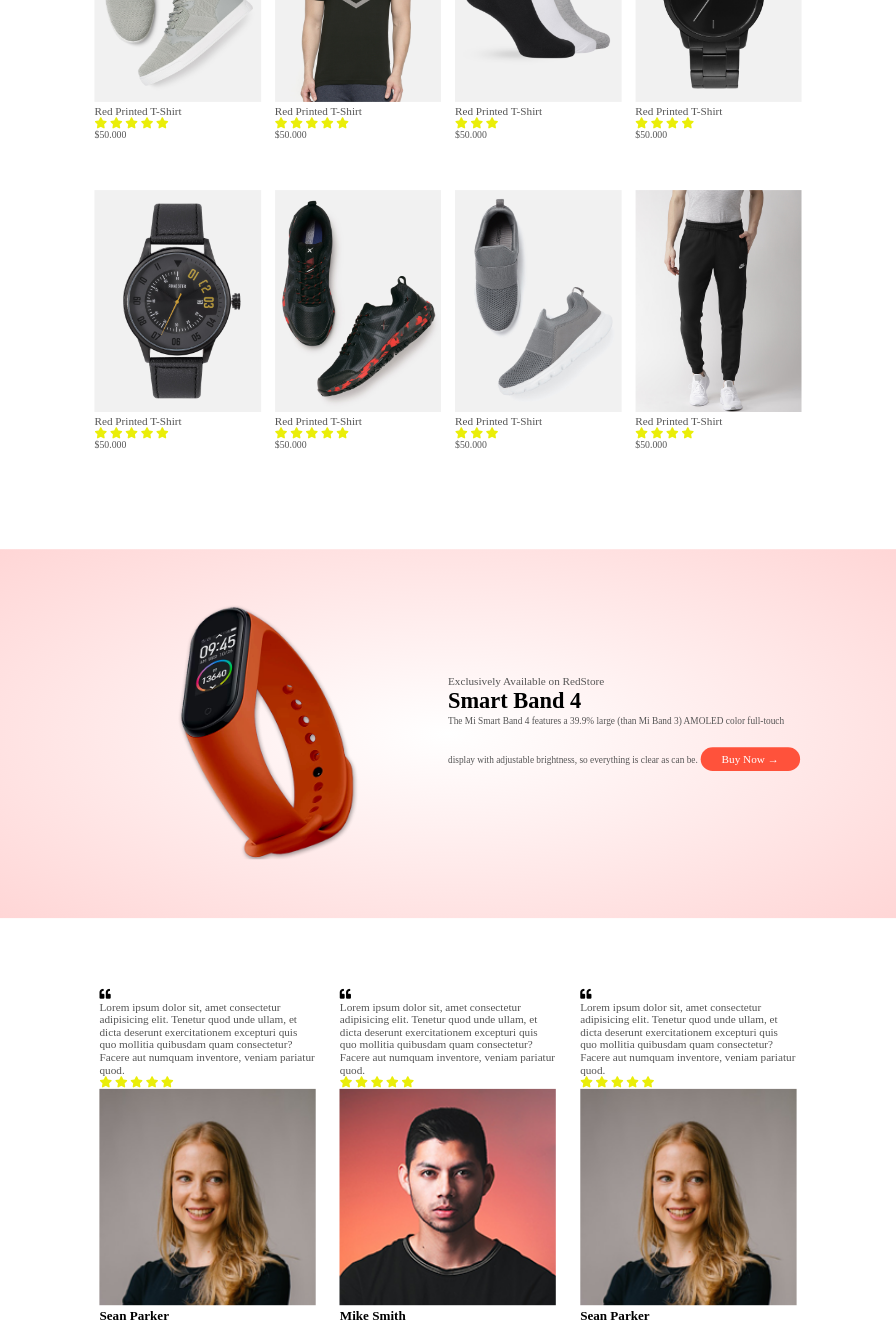
Repository: tuan21052000/Frontend
Page: index.html
An editor plug-in stored every save of this project. The page is shown before and after the next save, followed by the edit.
The browser window is 1280 px wide. The pictures show the part of the page from y = 2202 to 4122 px (the page is 4122 px tall), at 70% of full size.

Above is the page before, as saved 2022-05-08 20:48:18.

After the next save:
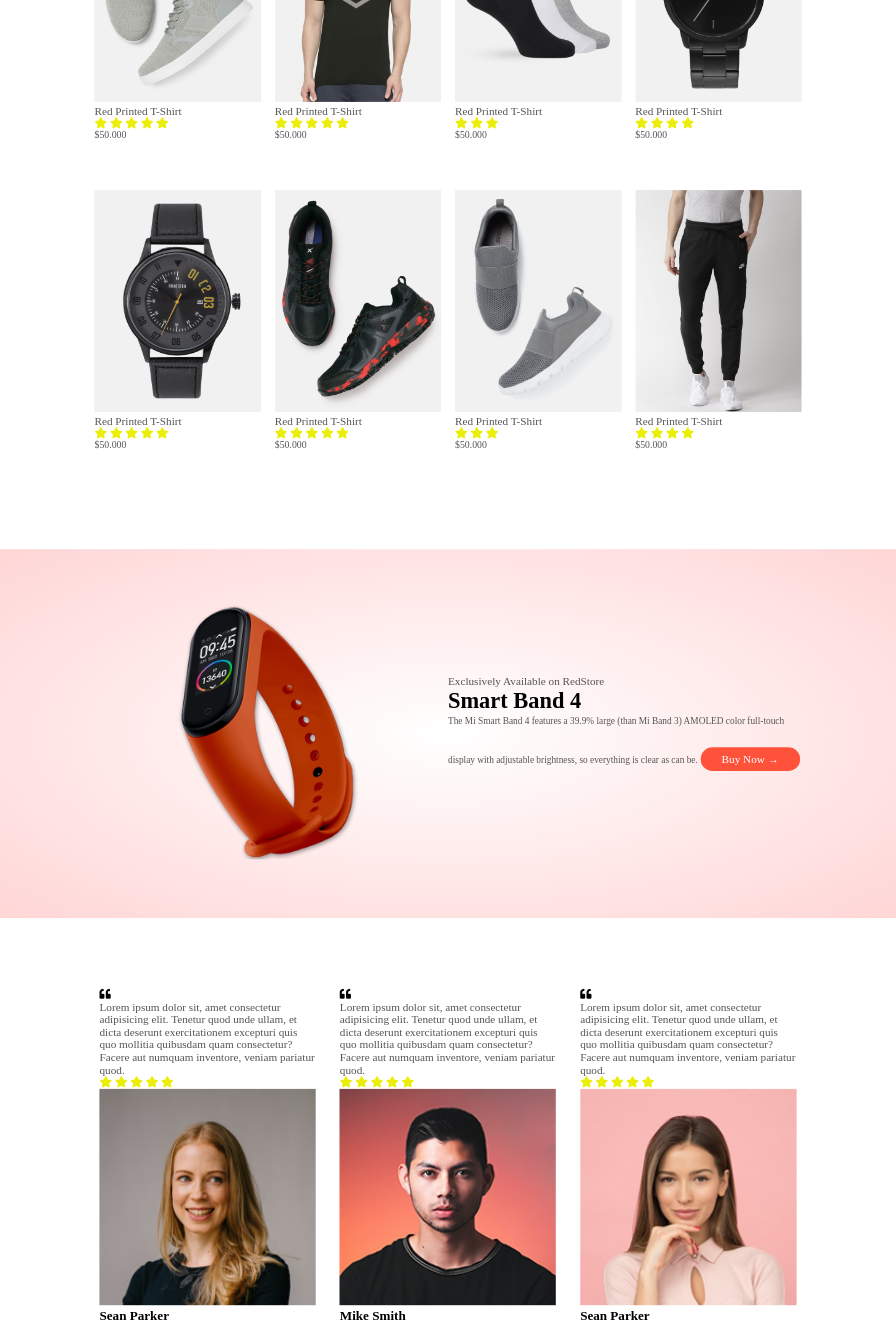
Saved 8 s later.
--- a/index.html
+++ b/index.html
@@ -280,7 +280,7 @@
                              <i class="fa fa-star"></i>
                              <i class="fa fa-star"></i>
                          </div>
-                         <img src="images/user-1.png">
+                         <img src="images/user-3.png">
                          <h3>Sean Parker</h3>
                 </div>
                </div>
